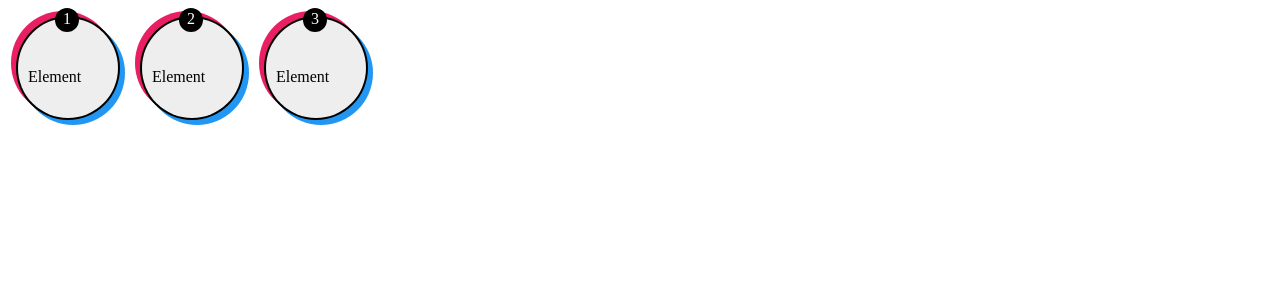
Repository: Body789/CSS_ELZERO
Page: Assignments/Assigmennt_10/Assignment_1/index.html
An editor plug-in stored every save of this project. The page is shown before and after the next save, followed by the edit.
The browser window is 1280 px wide. The pictures show the whole page.

Above is the page before, as saved 2022-09-18 12:34:53.

After the next save:
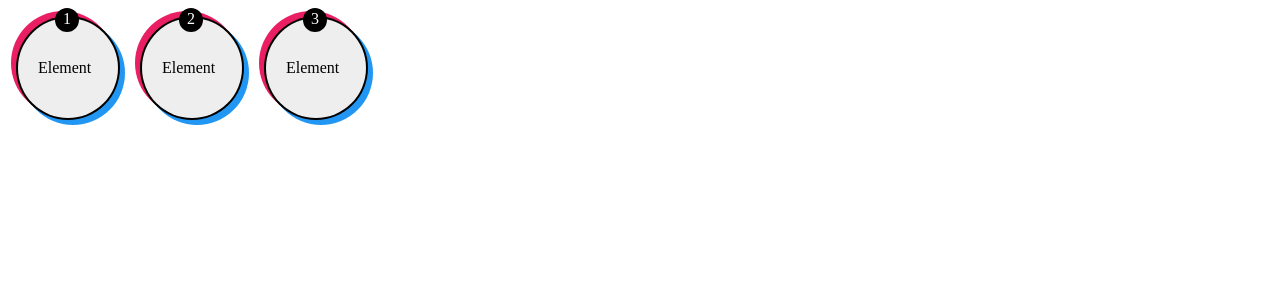
Saved 105 s later.
--- a/Assignments/Assigmennt_10/Assignment_1/Css/style.css
+++ b/Assignments/Assigmennt_10/Assignment_1/Css/style.css
@@ -40,6 +40,6 @@ div::before {
   color: black;
   display: inline-block;
   position: absolute;
-  top: 50px;
-  left: 10px;
+  top: 41px;
+  left: 20px;
 }
